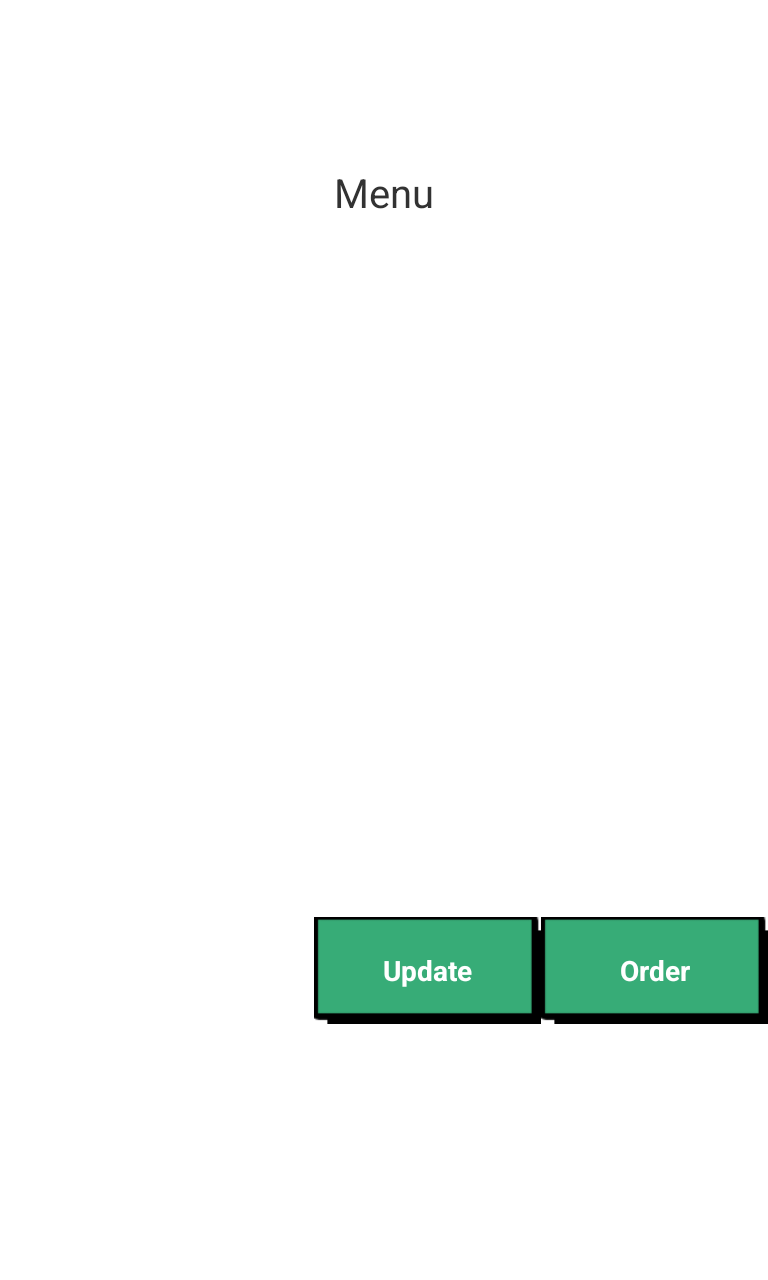
Repository: VanThi/Smart_Order
Layout: Project OS/Project_SO/res/layout/menu_item.xml
These files come from the project's save history. The layout is drawn as it stood at one moment and after the next save; the edit follows.
It is drawn on a 768 x 1280 px phone screen (xhdpi) without system bars, with theme AppTheme; the app's code is not run. Lists and similar views that code fills are empty.

Above is the layout before, as saved 2013-11-09 12:56:04.

### Project OS/Project_SO/res/layout/menu_item.xml
<?xml version="1.0" encoding="utf-8"?>
<LinearLayout xmlns:android="http://schemas.android.com/apk/res/android"
    android:layout_width="match_parent"
    android:layout_height="match_parent"
    android:orientation="vertical" >

    <TextView
        android:layout_width="wrap_content"
        android:layout_height="wrap_content"
        android:layout_weight="1" />

    <TextView
        android:layout_width="wrap_content"
        android:layout_height="wrap_content"
        android:layout_gravity="center"
        android:layout_weight="1"
        android:text="@string/menu"
        android:textSize="20sp" />

    <ListView
        android:id="@+id/menu_item"
        android:layout_width="wrap_content"
        android:layout_height="wrap_content"
        android:layout_weight="4" >
    </ListView>

    <TextView
        android:id="@+id/total"
        android:layout_width="wrap_content"
        android:layout_height="wrap_content"
        android:textAppearance="?android:attr/textAppearanceLarge"
        android:textIsSelectable="true"
        android:weight="1" />

    <LinearLayout
        android:layout_width="wrap_content"
        android:layout_height="wrap_content"
        android:layout_gravity="right"
        android:layout_weight="1"
        android:orientation="horizontal" >

        <Button
            android:id="@+id/updatebutton"
            style="@style/Button"
            android:layout_width="wrap_content"
            android:layout_height="wrap_content"
            android:text="@string/update" />

        <Button
            android:id="@+id/order"
            style="@style/Button"
            android:layout_width="wrap_content"
            android:layout_height="wrap_content"
            android:text="@string/order" />
    </LinearLayout>

    <TextView
        android:layout_width="wrap_content"
        android:layout_height="0dp"
        android:layout_weight="1" />

</LinearLayout>

### Project OS/Project_SO/res/values/styles.xml
<resources>

    <!--
        Base application theme, dependent on API level. This theme is replaced
        by AppBaseTheme from res/values-vXX/styles.xml on newer devices.
    -->
    <style name="AppBaseTheme" parent="android:Theme.Light">
        <!--
            Theme customizations available in newer API levels can go in
            res/values-vXX/styles.xml, while customizations related to
            backward-compatibility can go here.
        -->
    </style>

    <style name="NoActionBar" parent="@android:style/Theme.Holo.NoActionBar">
        <!-- Inherits the Holo theme with no action bar; no other styles needed. -->
    </style>

    <!-- Application theme. -->
    <style name="AppTheme" parent="AppBaseTheme">
        <!-- All customizations that are NOT specific to a particular API-level can go here. -->
    </style>

    <style name="HeaderBG">
        <item name="android:layout_width">fill_parent</item>
        <item name="android:layout_height">60dp</item>
        <item name="android:background">@drawable/header_bg</item>
        <item name="android:orientation">horizontal</item>
    </style>

    <style name="HeaderText">
        <item name="android:textColor">#FFFFFF</item>
        <item name="android:textSize">22sp</item>
        <item name="android:textStyle">bold</item>
        <item name="android:ellipsize">end</item>
        <item name="android:gravity">center</item>
        <item name="android:singleLine">true</item>
        <item name="android:text">@string/app_name</item>
    </style>

    <style name="Background">
        <item name="android:layout_width">fill_parent</item>
        <item name="android:layout_height">fill_parent</item>
        <item name="android:background">@color/background</item>
        <item name="android:orientation">vertical</item>
    </style>

    <style name="MENU">
        <item name="android:layout_width">fill_parent</item>
        <item name="android:layout_height">63dp</item>
        <item name="android:background">@drawable/menu_bg</item>
        <item name="android:gravity">center_vertical</item>
        <item name="android:padding">10dp</item>
        <item name="android:textColor">#FFFFFF</item>
        <item name="android:textSize">16sp</item>
    </style>

    <style name="TextDescription">
        <item name="android:textColor">@color/black</item>
        <item name="android:textSize">16sp</item>
        <item name="android:typeface">sans</item>
        <item name="android:textStyle">bold</item>
    </style>

    <style name="Text">
        <item name="android:textColor">@color/black</item>
        <item name="android:textSize">20sp</item>
        <item name="android:typeface">sans</item>
    </style>

    <style name="EditText">
        <item name="android:textColor">@color/black</item>
        <item name="android:textSize">14sp</item>
        <item name="android:typeface">sans</item>
        <item name="android:padding">5dp</item>
    </style>

    <style name="Button">
        <item name="android:padding">5dp</item>
        <item name="android:textStyle">bold</item>
        <item name="android:textColor">@color/white</item>
        <item name="android:textSize">14sp</item>
        <item name="android:background">@drawable/btn_bg</item>
        <item name="android:typeface">sans</item>
        <item name="android:layout_width">90dp</item>
        <item name="android:layout_height">40dp</item>
    </style>

    <style name="ButtonRight">
        <item name="android:padding">5dp</item>
        <item name="android:textStyle">bold</item>
        <item name="android:textColor">@color/white</item>
        <item name="android:textSize">14sp</item>
        <item name="android:background">@drawable/btn_bg</item>
        <item name="android:typeface">sans</item>
        <item name="android:layout_width">90dp</item>
        <item name="android:layout_height">40dp</item>
        <item name="android:layout_marginLeft">5dp</item>
    </style>

    <style name="CustomProgressBar" parent="android:Widget.ProgressBar.Horizontal">
        <item name="android:layout_width">200dp</item>
        <item name="android:layout_height">wrap_content</item>
        <item name="android:padding">5dp</item>
        <item name="android:layout_marginRight">10dp</item>
        <item name="android:indeterminateOnly">false</item>
        <item name="android:progressDrawable">@drawable/custom_progress_bar_horizontal</item>
        <item name="android:minHeight">10dip</item>
        <item name="android:maxHeight">20dip</item>
    </style>


</resources>

### Project OS/Project_SO/res/values/strings.xml
<?xml version="1.0" encoding="utf-8"?>
<resources>

    <string name="app_name">Smart Order</string>
    <string name="action_settings">Settings</string>
    <string name="hello_world">Hello world!</string>
    <string name="menu_item">Menu</string>
    <string name="configuration">View Info</string>
    <string name="viewOrder">View Order</string>
    <string name="logout">Logout</string>
    <string name="exit">Exit</string>
    <string name="userName">User Name</string>
    <string name="password">Password</string>
    <string name="address">Address</string>
    <string name="phoneNumber">Phone Number</string>
    <string name="email">Email</string>
    <string name="confirm">Confirm</string>
    <string name="fullName">Full Name</string>
    <string name="register">Not have a account?</string>
    <string name="login">Login</string>
    <string name="developer">CyberSoft Team 1</string>
    <string name="clear">Clear</string>
    <string name="update">Update</string>
    <string name="order">Order</string>
    <string name="save">Save</string>
    <string name="registerForm">Register Form</string>
	<string name="configurationForm">View Info</string>
	<string name="ok">OK</string>
	<string name="back">Back</string>
	<string name="inc">+</string>
	<string name="dec">-</string>
	<string name="menu">Menu</string>

</resources>

### Project OS/Project_SO/res/values/colors.xml
<?xml version="1.0" encoding="utf-8"?>
<resources>
	<color name="transparent">#00000000</color>
	<color name="menu_background">#C0C0C0</color>
	<color name="background">#ffffff</color>

	<!-- Process bar -->
	<color name="black">#000000</color>
	<color name="white">#ffffff</color>
	<color name="progressbar">#4b80ce</color>

</resources>

### Project OS/Project_SO/res/drawable/btn_bg.xml
<?xml version="1.0" encoding="utf-8"?>
<selector xmlns:android="http://schemas.android.com/apk/res/android">
    <item android:state_pressed="true"
          android:drawable="@drawable/btn_bg_selected" /> <!-- pressed -->
    <item android:state_focused="true"
          android:drawable="@drawable/btn_bg_selected" /> <!-- focused -->
    <item android:drawable="@drawable/btn_bg_normal" /> <!-- default -->
</selector>

Loaded but not shown: Project OS/Project_SO/res/values-v11/styles.xml (common file); Project OS/Project_SO/res/values-v14/styles.xml (common file)

After the next save:
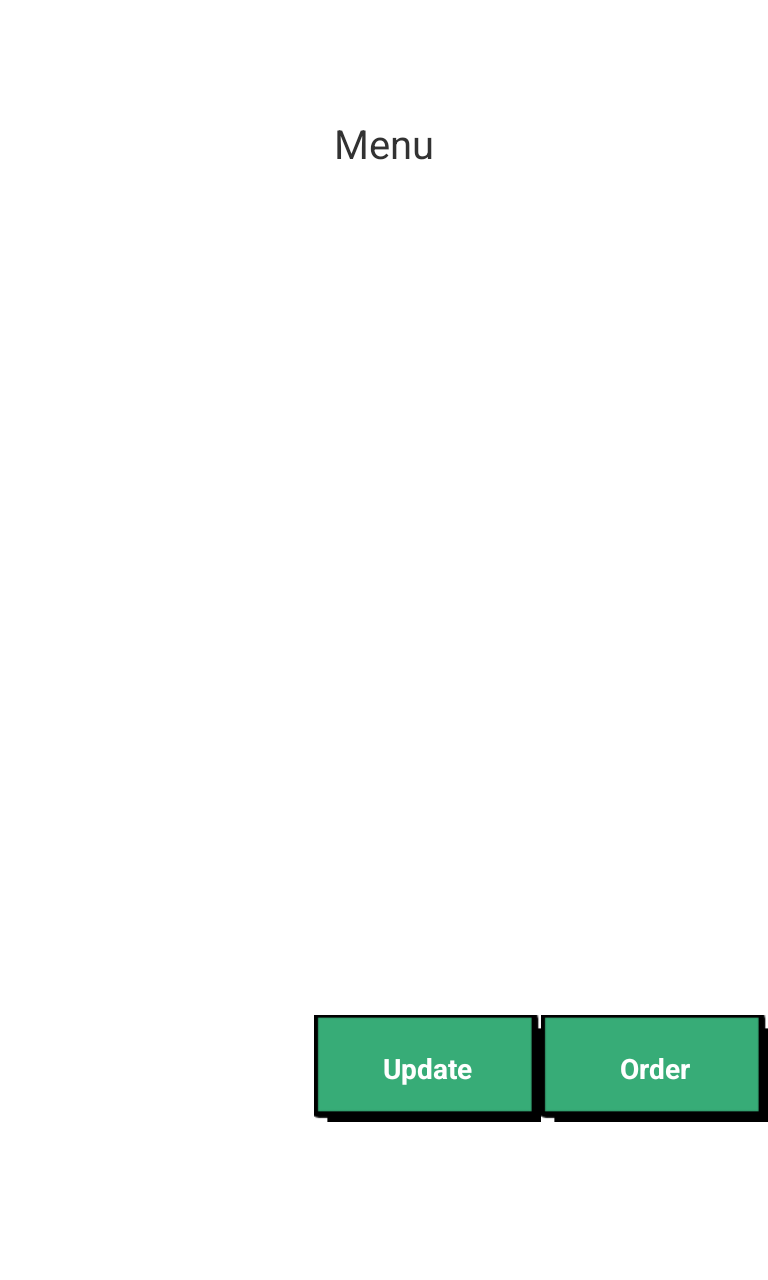
Saved 5 s later.
--- a/Project OS/Project_SO/res/layout/menu_item.xml
+++ b/Project OS/Project_SO/res/layout/menu_item.xml
@@ -21,7 +21,7 @@
         android:id="@+id/menu_item"
         android:layout_width="wrap_content"
         android:layout_height="wrap_content"
-        android:layout_weight="4" >
+        android:layout_weight="9" >
     </ListView>
 
     <TextView
